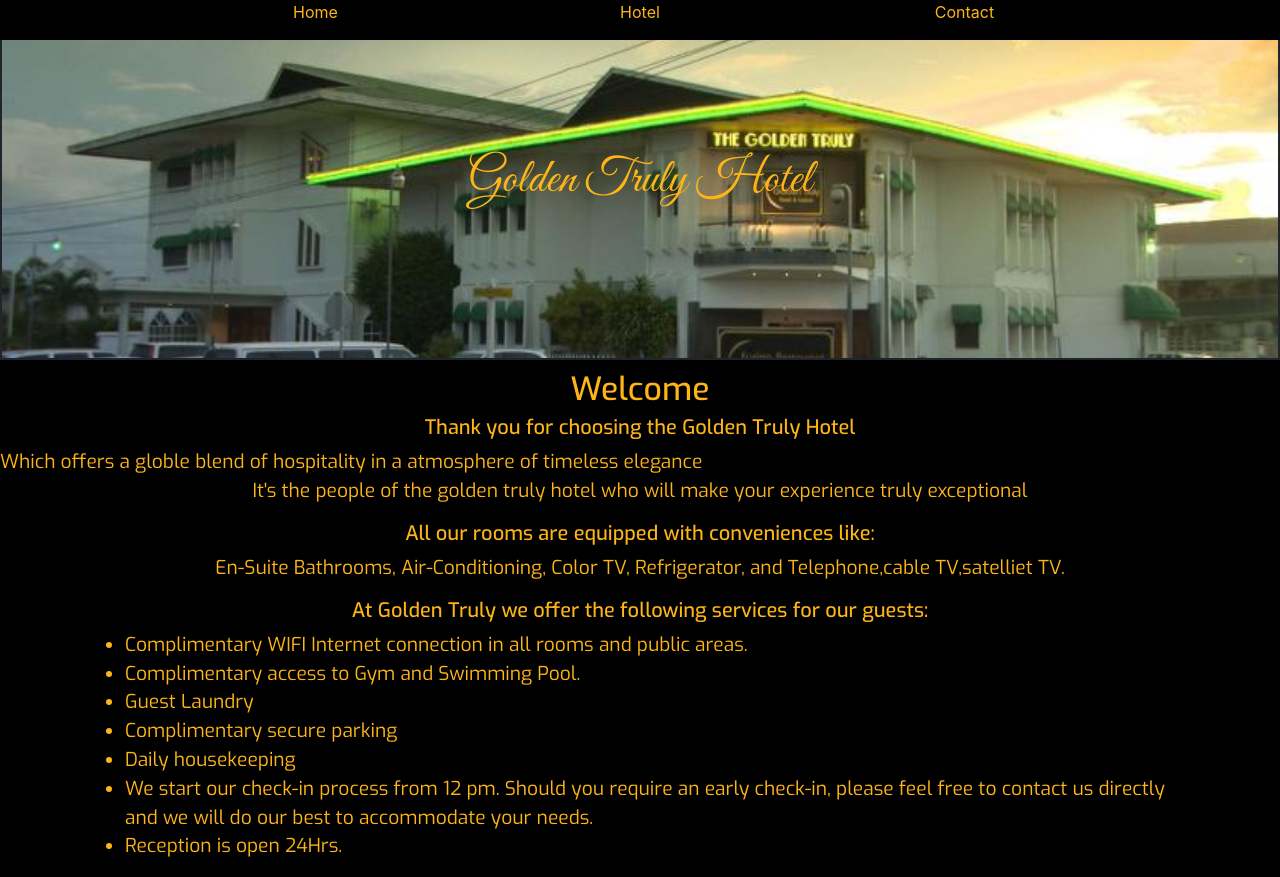
Repository: Code-Institute-Submissions/anthonycaf-Milestone1
Page: index.html
The author's editor kept a record of every edit. The page is drawn from the files as they stood at one moment, then again after the next edit.
The browser window is 1280 px wide. The pictures show the part of the page from y = 0 to 877 px (the page is 1478 px tall before and 1680 px after).
Pictures or frames that could not be fetched are drawn as grey boxes.

Above is the page before.

### index.html
<!DOCTYPE html>
<html lang="en">
<head>
    <meta charset="UTF-8">
    <meta name="viewport" content="width=device-width, initial-scale=1.0">
    <meta http-equiv="X-UA-Compatible" content="ie=edge">
    <!--             links/bootstrap/fontawsome    -->
    <link rel="stylesheet" href="https://stackpath.bootstrapcdn.com/font-awesome/4.7.0/css/font-awesome.min.css" type="text/css" />
    <link rel="stylesheet" href="https://stackpath.bootstrapcdn.com/bootstrap/4.3.1/css/bootstrap.min.css" type="text/css" />
    <!--             main/css                      -->
    <link rel="stylesheet" href="./css/style.css" type="text/css" />
    <title>Golden Truly Hotel</title>
</head>
<body>
        <header>
            <nav class="nav-bar">
                <ul class="nav-bar-menu">
                    <li class="nav-bar-item"><a href="index.html">Home</a></li>
                    <li class="nav-bar-item"><a href="hotel.html">Hotel</a></li>
                    <li class="nav-bar-item"><a href="contact.html">Contact</a></li>
                </ul>
            </nav>
             <div class="bg-image-title">
                <a href="index.html" class="img"></a>
                <h1 id="title">Golden Truly Hotel</h1>
            </div>
        </header>
        <main>
        <section class="section">
            <div class="section-paragraph">
               <h2 class="uppercase text-center">Welcome</h2>
                <h5 class="uppercase text-center">Thank you for choosing the Golden Truly Hotel</h5>
                Which offers a globle blend of hospitality
                in a atmosphere of timeless elegance
                <p class="text-center">It's the people of the golden truly hotel who will make your
                experience truly exceptional</p>

                 <h5 class="uppercase text-center">All our rooms are equipped with conveniences like:</h5>
                <p class="text-center">En-Suite Bathrooms, Air-Conditioning, Color TV, Refrigerator, and Telephone,cable TV,satelliet TV.</p>

                 <h5 class="uppercase text-center">At Golden Truly we offer the following services for our guests:</h5>
               <div class="container">
                <div class="row">
                 <div class="col-4 align-self-center">

                 </div>
               </div>
                 <ul class="room-services">

                 <li class="room-services-item">Complimentary WIFI Internet connection in all rooms and public areas.</li>
                 <li class="room-services-item">Complimentary access to Gym and Swimming Pool.</li>
                 <li class="room-services-item">Guest Laundry</li>
                 <li class="room-services-item">Complimentary secure parking</li>
                 <li class="room-services-item">Daily housekeeping</li>
                 <li class="room-services-item">We start our check-in process from 12 pm.
                 Should you require an early check-in,
                  please feel free to contact us directly and we will do our best to
                  accommodate your needs.</li>
                 <li class="room-services-item">Reception is open 24Hrs.</li></div>
                 </ul>
            </div>
        </section>
       <iframe src="https://www.google.com/maps/embed?pb=!1m18!1m12!1m3!1d132.6126250824891!2d-55.1378490964076!3d5.854878623899481!2m3!1f270!2f39.52737709842546!3f0!3m2!1i1024!2i768!4f35!3m3!1m2!1s0x8d083562dc0f800b%3A0x19fa7578782730f6!2sThe%20Golden%20Truly%20Hotel%20%26%20Casino!5e1!3m2!1sen!2snl!4v1567942632494!5m2!1sen!2snl"
       ></iframe>
       </main>
         <footer class="container-fluid">
    <div id="footer-details" class="row">
     <div class="col-sm-4">
      <h5 class="uppercase general-sub">Opening hours</h5>
      <p class="inline-block">
       Lorem ipsum dolor sit amet, consectetur adipisicing elit. Explicabo, fugiat.
      </p>
     </div>
     <div class="col-sm-4">
       <h5 class="uppercase general-sub"> <a href="assets/cv/sample-cv.pdf" target="_blank" class="cv-pdf">
        <i class="fa fa-map marker alt" aria-hidden="true"></i>
        <span class="sr-only">Map link.</span>
       </a>Location</h5>
       <p class="inline-block">Jozef Israelstraat 43<br>
           PO Box 13575<br>
           Paramaribo, Suriname<br>
              South America<br>
            PHONE (597) 454249<br>
              FAX (597) 457117
 </p>

     </div>
     <div class="col-sm-4">
       <h5 class="uppercase general-sub">Social</h5>
       <ul class="list-inline social-links">
           <li class="list-inline-item">
         <a href="#" target="_blank">
          <i class="fa fa-wifi" aria-hiden="true"></i>
          <span class="sr-only">wifi</span>
         </a>
        </li>
        <li class="list-inline-item">
         <a href="#" target="_blank">
          <i class="fa fa-linkedin" aria-hiden="true"></i>
          <span class="sr-only">Linkedin</span>
         </a>
        </li>

        <li class="list-inline-item">
         <a href="#" target="_blank">
          <i class="fa fa-facebook" aria-hiden="true"></i>
          <span class="sr-only">facebook</span>
         </a>
        </li>

        <li class="list-inline-item">
         <a href="#" target="_blank">
          <i class="fa fa-youtube" aria-hiden="true"></i>
          <span class="sr-only">youtube</span>
         </a>
        </li>
       </ul>
     </div>
    </div>
    </footer>


</body>
</html>

### css/style.css
 /*------------google-fonts----------*/

@import url('https://fonts.googleapis.com/css?family=Exo:100,200,300,400,500,600,700|Great+Vibes&display=swap:100,200,300,400,500,600,700');

body {
margin:0;
padding: 0;
}
 /*------------main----------*/
 main {
     font-family: "Exo",sans-serif;
     font-size: 1.2em;
     width: 100%;
     background-color:
     #000000;
     color: #fdb517;
    padding-top: 10px;

 }
  .box-size {
    background-image: url(../images/design-lobby-ceiling.jpg);
    background-clip: border-box;
    background-position: center;
    background-repeat: no-repeat;
    background-size: cover;
  width: 33.3%;
  height: 150px;
 }
 .img1 {



 }
.img2 {
  background-image: url(../images/master1.jpg);
  background-clip: border-box;
    background-position: center;
    background-repeat: no-repeat;
    background-size: cover;
  width: 33.3%;
  height: 150px;
}
.img3 {
 background-image: url(../images/housekeeping.jpg);
 background-clip: border-box;
    background-position: center;
    background-repeat: no-repeat;
    background-size: cover;
  width: 33.3%;
  height: 150px;
}
 .bg-image-title {
   background: url("../images/golden-truly-hotel.jpg");
    background-clip: border-box;
    background-position: center;
    background-repeat: no-repeat;
    background-size: cover;
    transition: all .5s ease-in-out;
    -moz-transition: all .5s ease-in-out;
    -webkit-transition: all .5s ease-in-out;
     height: 360px;
     border: 2px solid;

 }
 #title {
  color: #fdb517;
     font-family: "Great Vibes",sans-serif;
     font-size: 3em;
     text-align: center;
     padding-top: 150px;
 }
 #welcome {
   color: #fdb517;
     font-family: "Great Vibes",sans-serif;
     font-size: 2.5em;}
   .section {
    margin: 0 auto;
   }

  /*-----------main nav-bar----------*/
  .nav-bar {
   position: fixed;
   top: 0;
   left: 0;
   right: 0;
   background-color: #000000;

  }

  .nav-bar-menu {
   width: 100%;
   list-style: none;
   text-align: center;
 padding: 0;

  }
  .nav-bar-item a {
   font-size: 1em;
   text-align: center;
   color: #fdb517;
    text-decoration: none;
    height: 120px;
     width: 100%;
  }
  .nav-bar-item a:hover {
   border-radius: 20px;
   background-color: #fdb517;
   color: #000000;
    transition: all 0.35s ease-in-out;
    -moz-transition: all 0.35s ease-in-out;
    -webkit-transition: all 0.35s ease-in-out;
    -o-transition: all 0.35s ease-in-out;
  }
  .nav-bar-item {
   width: 25%;
  display: inline-block;

 }

iframe {
 width: 100%;
 height: 360px;
 border: none;
 margin: 0;
}
 /*-----------main footer----------*/

 .container-fluid {
  background-color: #000000;
  color: #fdb517;

 }

 footer {
    background-color: #525252;
    color: #fafafa;
    min-height: 120px;
    margin: 0;
    padding: 0;
}

.social-links {
    padding-bottom: 15px;
}
.social-links li a i {
    width: 32px;
    height: 32px;
    padding: 12px 0;
    border-radius: 50%;
    font-size: 13px;
    line-height: 7px;
    text-align: center;
    color: #fafafa;
    background-color: #8f8f8f;
     transition: all 0.35s ease-in-out;
    -moz-transition: all 0.35s ease-in-out;
    -webkit-transition: all 0.35s ease-in-out;
    -o-transition: all 0.35s ease-in-out;
}
.social-links li a i:hover {
    background: #fdb517;
}
#footer-details {
    padding:20px;
}
/*   contact.html/form    */
.contact-heading, .contact-thanks {
    font-family: "Great Vibes", sans-serif;
    font-weight: 300;
    margin-top: 25px;
    margin-bottom: 20px;

}
form {

    padding-top: 10px;
    margin: 0 auto;
    max-width: 70%;
}
button[type="submit"] {
    margin-top: 15px;
    margin-bottom: 20px;
    color: #fdb517;
    background-color: #000000;

}
/*-------------------------------------Media queries*/

@media(min-width: 992px) {
   .center-form {
    padding-top: 30px;
    min-height: 240px;
    margin: 0 auto;
    max-width: 50%;
}
}

After the next edit:
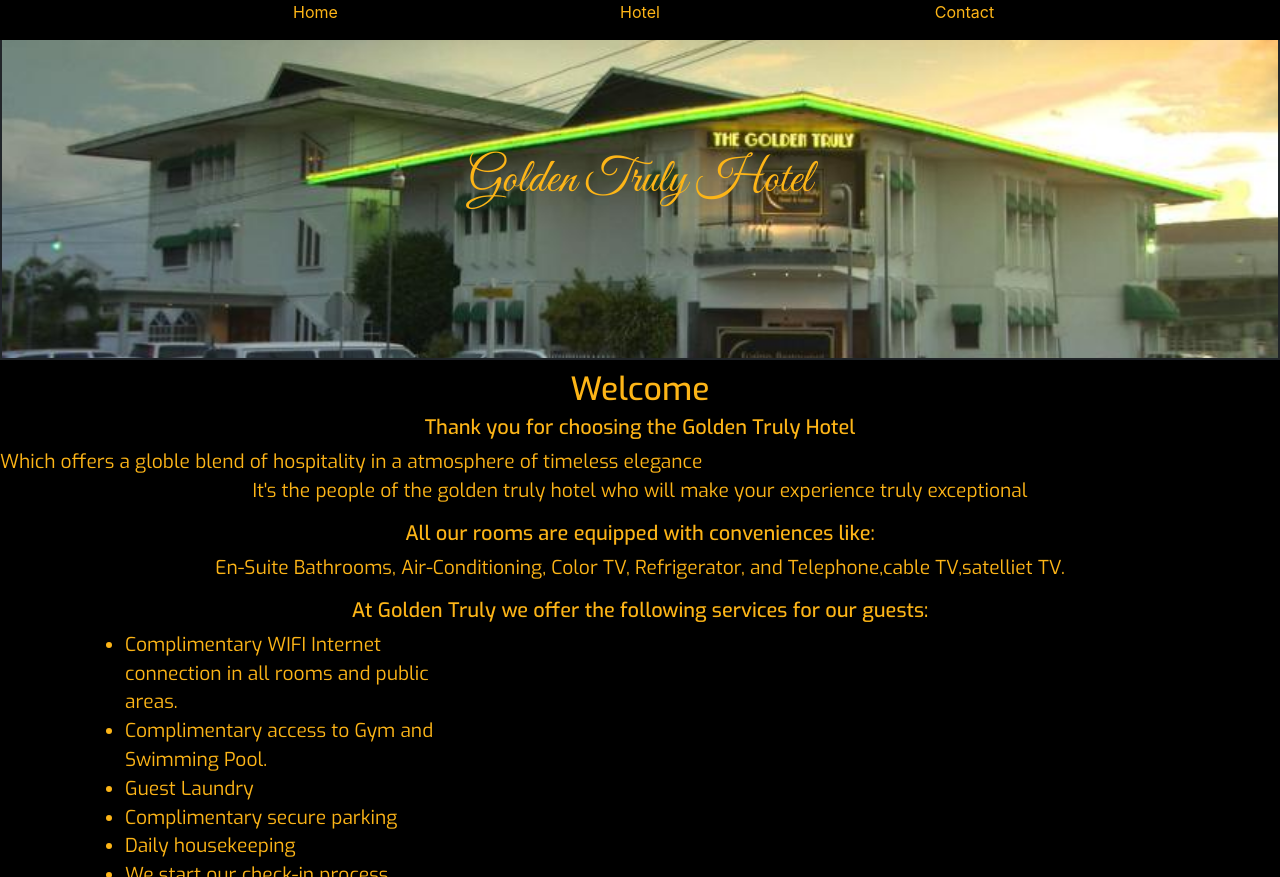
The edit:
--- a/index.html
+++ b/index.html
@@ -42,11 +42,7 @@
                <div class="container">
                 <div class="row">
                  <div class="col-4 align-self-center">
-
-                 </div>
-               </div>
-                 <ul class="room-services">
-
+                  <ul class="room-services">
                  <li class="room-services-item">Complimentary WIFI Internet connection in all rooms and public areas.</li>
                  <li class="room-services-item">Complimentary access to Gym and Swimming Pool.</li>
                  <li class="room-services-item">Guest Laundry</li>
@@ -59,6 +55,9 @@
                  <li class="room-services-item">Reception is open 24Hrs.</li></div>
                  </ul>
             </div>
+                 </div>
+               </div>
+
         </section>
        <iframe src="https://www.google.com/maps/embed?pb=!1m18!1m12!1m3!1d132.6126250824891!2d-55.1378490964076!3d5.854878623899481!2m3!1f270!2f39.52737709842546!3f0!3m2!1i1024!2i768!4f35!3m3!1m2!1s0x8d083562dc0f800b%3A0x19fa7578782730f6!2sThe%20Golden%20Truly%20Hotel%20%26%20Casino!5e1!3m2!1sen!2snl!4v1567942632494!5m2!1sen!2snl"
        ></iframe>
